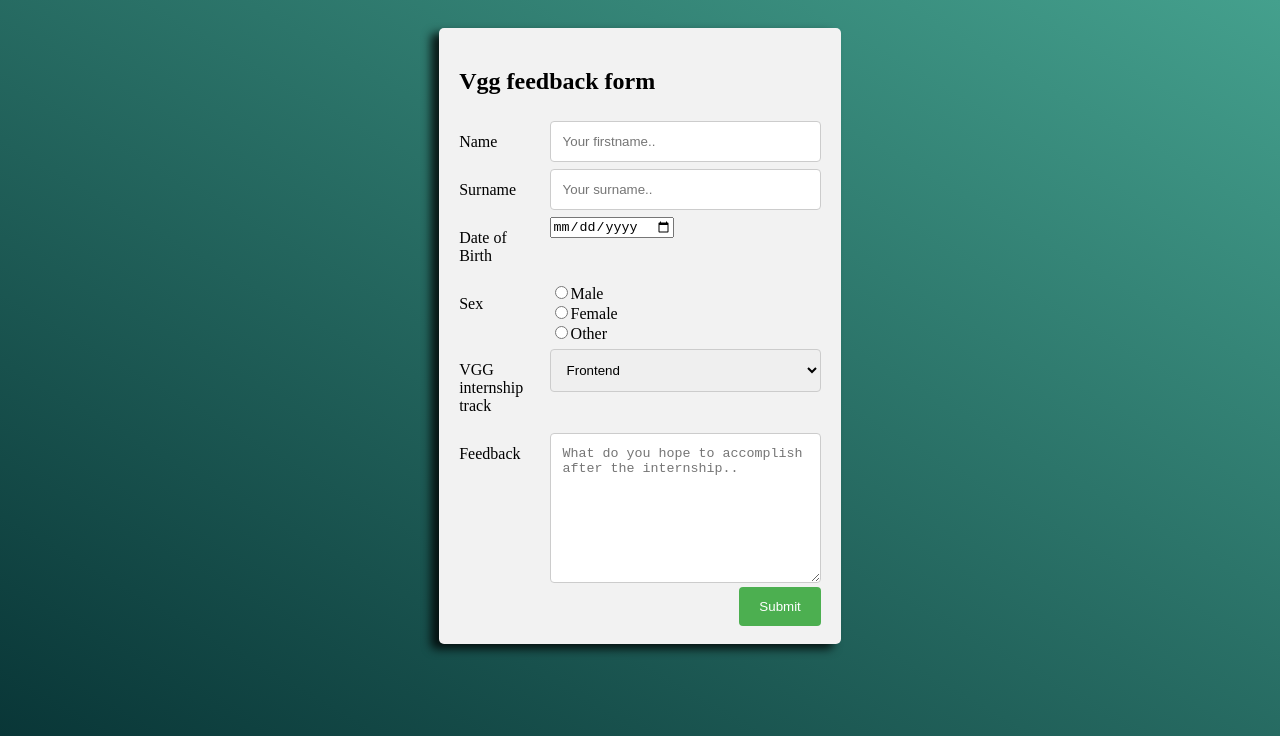
Repository: iphyokafor/VGG-Feedback-form
Page: index2.html
These files come from the project's save history. The page is drawn as it stood at one moment and after the next save; the edit follows.
The browser window is 1280 px wide. The pictures show the whole page.

Above is the page before, as saved 2020-01-13 01:03:27.

After the next save:
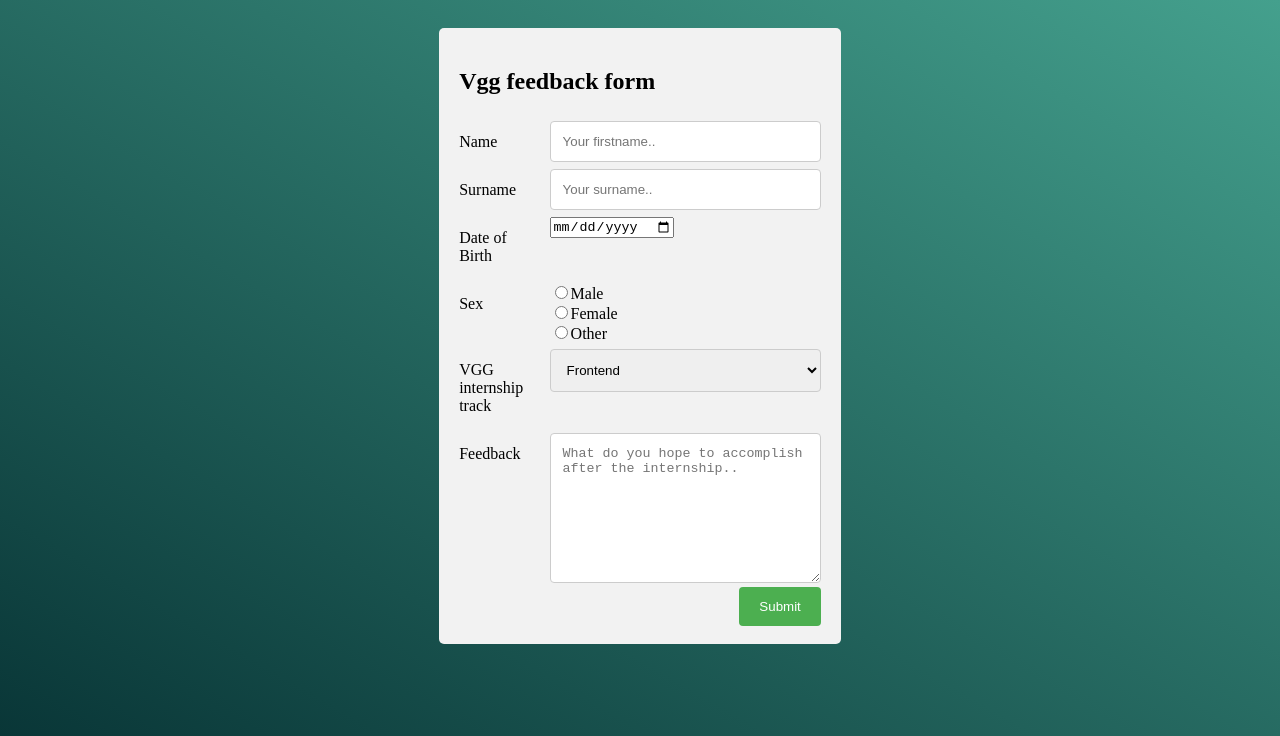
Saved 58 s later.
--- a/main.css
+++ b/main.css
@@ -55,7 +55,7 @@
     border-radius: 5px;
     background-color: #f2f2f2;
     padding: 20px;
-    box-shadow: -8px 5px 10px rgba(0, 0, 0, 0.8);
+    box-shadow: -8px 5px -10px rgba(0, 0, 0, 0.8);
     transition: border 0.15s linear 0s, linear 0s, color 0.15s linear 0s;
 }
 

After the save that followed:
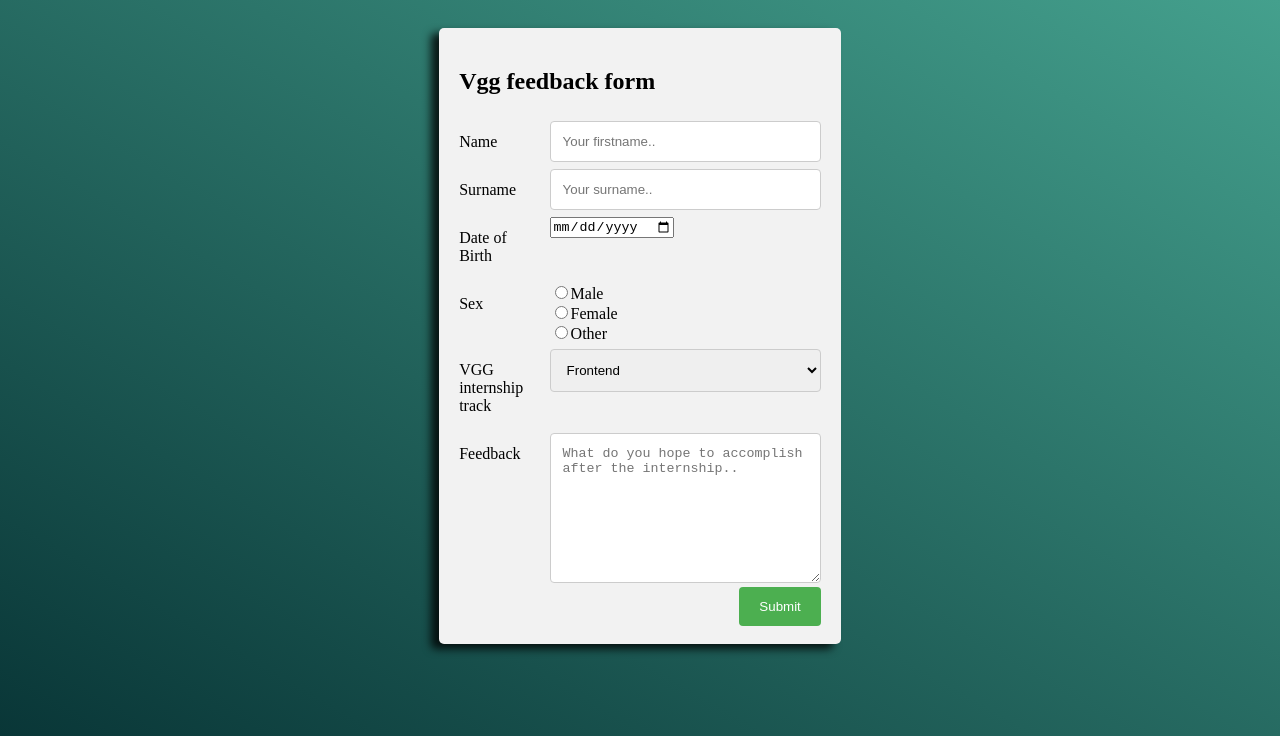
Saved 19 s later.
--- a/main.css
+++ b/main.css
@@ -55,7 +55,7 @@
     border-radius: 5px;
     background-color: #f2f2f2;
     padding: 20px;
-    box-shadow: -8px 5px -10px rgba(0, 0, 0, 0.8);
+    box-shadow: -8px 5px 8px rgba(0, 0, 0, 0.8);
     transition: border 0.15s linear 0s, linear 0s, color 0.15s linear 0s;
 }
 
